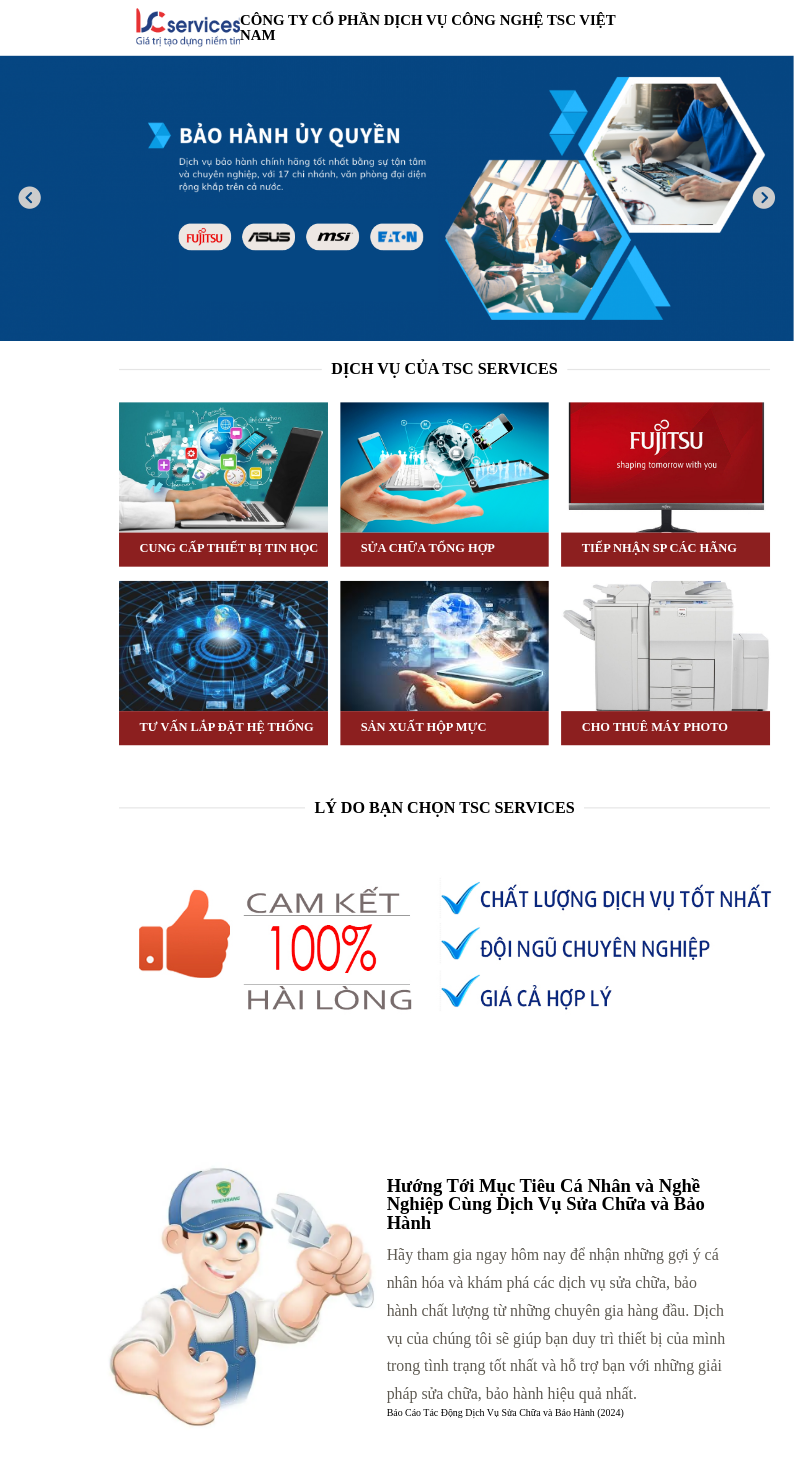
Repository: nguyentrongdai34/tsc-project
Page: index.html
These files come from the project's save history. The page is drawn as it stood at one moment and after the next save; the edit follows.
The browser window is 1280 px wide. The page is 1288 px wide, so the pictures cover 1288 px, including what lies to the right of the window. The pictures show the whole page, at 62% of full size.

Above is the page before, as saved 2024-12-03 13:57:31.

### index.html
<!DOCTYPE html>
<html lang="en">
  <head>
    <meta charset="UTF-8" />
    <meta name="viewport" content="width=device-width, initial-scale=1.0" />
    <link rel="preconnect" href="https://fonts.googleapis.com" />
    <link rel="preconnect" href="https://fonts.gstatic.com" crossorigin />
    <link
      href="https://fonts.googleapis.com/css2?family=Poppins:wght@300;400;500;600;700&family=Roboto:ital,wght@0,100;0,300;0,400;0,500;0,700;0,900;1,100;1,300;1,400;1,500;1,700;1,900&display=swap"
      rel="stylesheet"
    />
    <link
      rel="stylesheet"
      href="https://cdnjs.cloudflare.com/ajax/libs/font-awesome/6.7.1/css/all.min.css"
      integrity="sha512-5Hs3dF2AEPkpNAR7UiOHba+lRSJNeM2ECkwxUIxC1Q/FLycGTbNapWXB4tP889k5T5Ju8fs4b1P5z/iB4nMfSQ=="
      crossorigin="anonymous"
      referrerpolicy="no-referrer"
    />
    <link rel="stylesheet" href="./reset.css" />
    <link rel="stylesheet" href="./style.css" />
    <title>CÔNG TY CỔ PHẦN DỊCH VỤ CÔNG NGHỆ TSC VIỆT NAM</title>
  </head>
  <body>
    <!-- heaer-main -->
    <div class="header-main">
      <!-- header -->
      <div class="header">
        <!-- logo -->
        <div class="header-logo">
          <img src="./img/Logo-tsc.png" alt="công ty logo" />
        </div>
        <!-- header-slogan -->
        <span class="header-slogan">
          <strong>CÔNG TY CỔ PHẦN DỊCH VỤ CÔNG NGHỆ TSC VIỆT NAM</strong>
        </span>
      </div>
    </div>

    <!-- Hero -->
    <div class="hero">
      <div class="hero-img">
        <img src="./img/tsc1.png" alt="" class="slider-image" />

        <div class="hero-circle">
          <i
            class="circle-left fa-solid fa-circle-chevron-left"
            onclick="prev()"
          ></i>
          <i
            class="circle-right fa-solid fa-circle-chevron-right"
            onclick="next()"
          ></i>
        </div>
      </div>
    </div>

    <!-- Section -->
    <div class="section">
      <div class="section-container">
        <h2 class="section-title">
          <b></b>
          <span class="section-title-main">DỊCH VỤ CỦA TSC SERVICES</span>
          <b></b>
        </h2>
      </div>
      <div class="row">
        <div class="section-gird">
          <div class="grid-item">
            <img src="./img/box-item1.jpg" alt="Image 1" />
            <div class="section-box">
              <span class="box-item-inner">CUNG CẤP THIẾT BỊ TIN HỌC</span>
            </div>
          </div>

          <div class="grid-item">
            <img src="./img/box-item2.jpg" alt="Image 2" />
            <div class="section-box">
              <span class="box-item-inner">SỬA CHỮA TỔNG HỢP</span>
            </div>
          </div>
          <div class="grid-item">
            <img src="./img/box-item3.png" alt="Image 3" />
            <div class="section-box">
              <span class="box-item-inner">TIẾP NHẬN SP CÁC HÃNG </span>
            </div>
          </div>
          <div class="grid-item">
            <img src="./img/box-item4.jpg" alt="Image 4" />
            <div class="section-box">
              <span class="box-item-inner">TƯ VẤN LẮP ĐẶT HỆ THỐNG</span>
            </div>
          </div>
          <div class="grid-item">
            <img src="./img/box-item5.jpg" alt="Image 5" />
            <div class="section-box">
              <span class="box-item-inner">SẢN XUẤT HỘP MỰC</span>
            </div>
          </div>
          <div class="grid-item">
            <img src="./img/box-item6.jpg" alt="Image 6" />
            <div class="section-box">
              <span class="box-item-inner">CHO THUÊ MÁY PHOTO</span>
            </div>
          </div>
        </div>
      </div>
      <div class="section-container">
        <h2 class="section-title">
          <b></b>
          <span class="section-title-main">lý do bạn chọn TSC SERVICES</span>
          <b></b>
        </h2>
      </div>

      <div class="banner">
        <img src="./img/tsc-thanks.jpg" alt="" />
      </div>
    </div>

    <!-- fetaures -->
    <!-- Features 2-->
    <div class="features features-2nd">
      <div class="main-content">
        <div class="body">
          <div class="images">
            <img
              src="./img/bao-hanh.webp"
              alt="Take the next step toward your personal and professional goals with Lesson."
            />
          </div>
          <div class="content">
            <h2 class="heading_content">
              Hướng Tới Mục Tiêu Cá Nhân và Nghề Nghiệp Cùng Dịch Vụ Sửa Chữa và
              Bảo Hành
            </h2>
            <p class="desc">
              Hãy tham gia ngay hôm nay để nhận những gợi ý cá nhân hóa và khám
              phá các dịch vụ sửa chữa, bảo hành chất lượng từ những chuyên gia
              hàng đầu. Dịch vụ của chúng tôi sẽ giúp bạn duy trì thiết bị của
              mình trong tình trạng tốt nhất và hỗ trợ bạn với những giải pháp
              sửa chữa, bảo hành hiệu quả nhất.
            </p>
            <p class="desc_tsc">
              Báo Cáo Tác Động Dịch Vụ Sửa Chữa và Bảo Hành (2024)
            </p>
          </div>
        </div>
      </div>
    </div>

    <script src="./SliderImage.js"></script>
  </body>
</html>

### style.css
.header-main {
  display: flex;
  height: 90px;
}

.header {
  display: flex;
  /* background-color: #ccc; */
  justify-content: space-between;
  flex-direction: column;
  align-items: center;
  width: 100%;
  flex-flow: row nowrap;
  padding-right: 15px;
}

.header-logo img {
  object-fit: cover;
  margin-left: 220px;
  width: 167px;
  height: 62px;
}

.header-slogan {
  margin-right: 220px;
  font-size: 24px;
}

.header-slogan strong {
  text-direction: none;
  font-weight: bolder;
  text-transform: uppercase;
}

/* hero */

.hero {
  cursor: pointer;
  padding: 0 0 30px 0;
}

.hero-img img {
  width: 100%;
  height: 460px;
  position: relative;
  object-fit: cover;
}

.hero-circle {
  top: 42%;
  position: absolute;
}

.hero-circle i {
  color: #ccc;
  font-size: 36px;
}

.hero-circle i:hover {
  transition: color 0.3s ease, background-color 0.3s ease;
  color: #dd3333;
}

.hero-circle {
  width: 100%;
  display: flex;
  justify-content: space-between;
  z-index: 999;
}

.circle-left {
  margin-left: 30px;
}

.circle-right {
  margin-right: 30px;
  width: 36px;
  height: 36px;
}

/* section */
.section {
  width: 1050px;
  margin-left: 15%;
}

.section-title {
  position: relative;
  display: flex;
  flex-flow: row wrap;
  align-items: center;
  justify-content: space-between;
  width: 100%;
  padding-bottom: 40px;
}

.section-title b {
  display: block;
  -ms-flex: 1;
  flex: 1;
  height: 2px;
  opacity: 0.1;
  background-color: currentColor;
}

.section-title-main {
  margin: 0 15px;
  font-size: 26px;
  text-transform: uppercase;
  font-weight: 700;
}

.row {
}

.section-gird {
  display: grid;
  grid-template-columns: repeat(3, 1fr);
  gap: 20px;
  grid-template-rows: auto auto;
  padding-bottom: 85px;
}

.grid-item img {
  width: 338px;
  height: 210px;
  object-fit: cover;
  max-width: 100%;
}

.btn {
  margin-top: 10px; /* Khoảng cách giữa ảnh và button */
  padding: 10px 20px;
  background-color: #c42e2b;
  color: white;
  border: none;
  cursor: pointer;
  font-size: 16px;
  text-transform: uppercase;
  border-radius: 5px;
  transition: background-color 0.3s;
}

.btn:hover {
  background-color: #a02626;
}

.section-box {
  transform: translateY(-3px);
  background-color: rgb(140, 31, 31);
  padding: 15px 15px 20px;
}

.box-item-inner {
  font-weight: 700;
  font-size: 20px;
  color: #ffffff;
  margin-left: 18px;
}

/* features */
/* Features */

.features {
  margin-top: 135px;
  padding: 65px 0;
}

.features .body {
  display: flex;
  padding-left: 12%;
}

.features .images {
  display: flex;
  gap: 0 30px;
}

.features .images img {
  width: 270px;
  height: 404px;
  border-radius: 16px;
  object-fit: cover;
}

.features img.lower {
  margin-top: 34px;
}

.features .content {
  width: 41%;
  display: flex;
  flex-direction: column;
  align-items: flex-start;
  justify-content: center;
}

.features .desc {
  margin-top: 16px;
  font-size: 1.6rem;
  line-height: 1.75;
  color: #5f5b53;
}

.features .content .cta-btn {
  margin-top: 32px;
  min-width: 137px;
  color: #fff;
  background: var(--primary-color);
}

.features-2nd {
  margin-top: 70px;
}

.features-2nd .content {
  width: 49%;
}

.features-2nd .images img {
  width: 470px;
  height: 440px;
}

.heading_content {
  font-size: 30px;
  font-weight: 700;
}

### SliderImage.js
let Slider_image = document.querySelector(".slider-image");
let images = ["tsc1.png", "tsc2.png", "tsc3.png", "tsc4.png", "tsc5.png"];
let i = 0; // Giá Trị bắt đầu index

function prev() {
  if (i <= 0) i = images.length;
  i--;
  return setImg();
}

function next() {
  if (i >= images.length - 1) i = -1;
  i++;
  return setImg();
}

function setImg() {
  return Slider_image.setAttribute("src", "./img/" + images[i]);
}

Loaded but not shown: reset.css (common file)

After the next save:
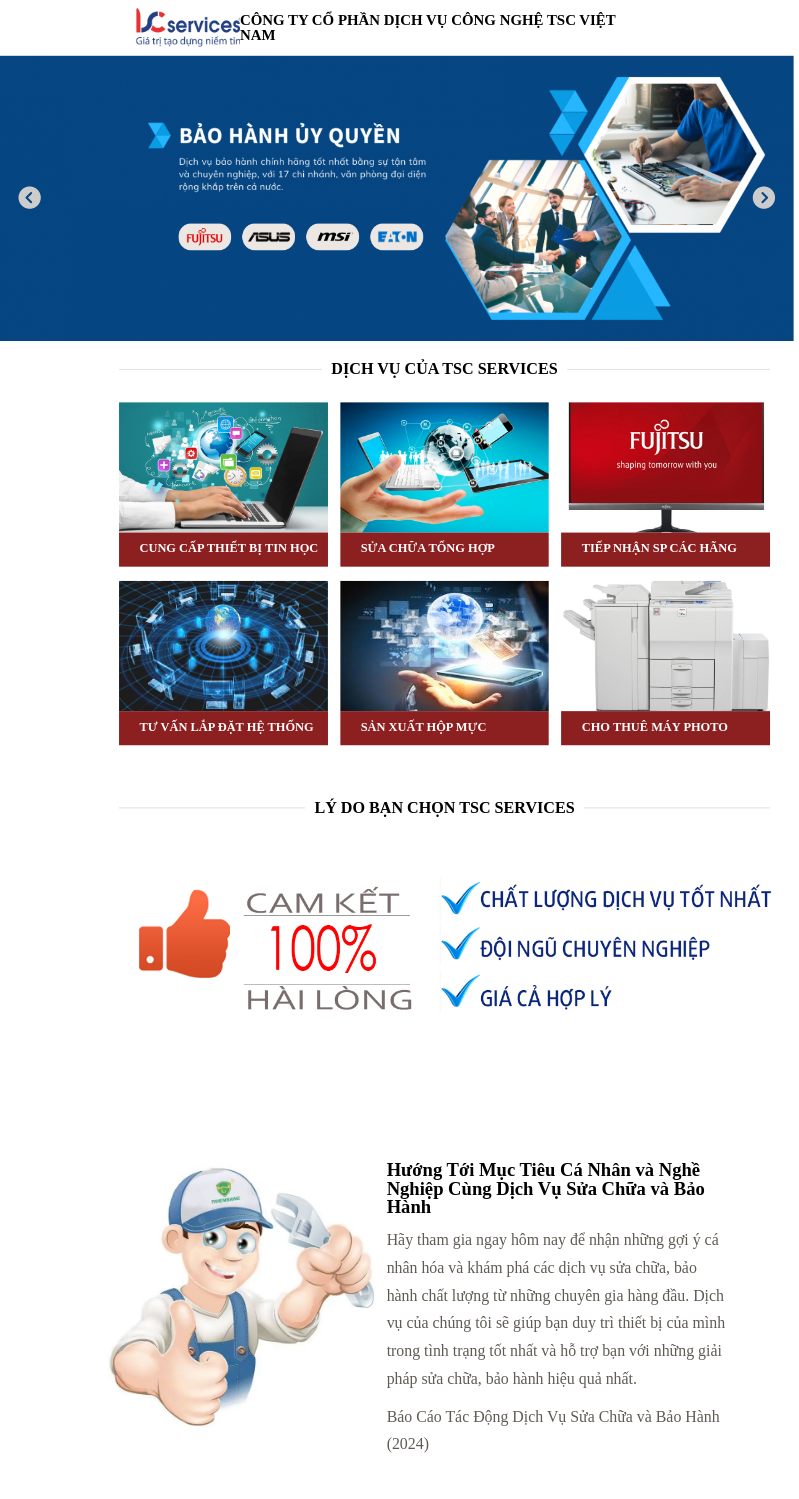
Saved 11 s later.
--- a/index.html
+++ b/index.html
@@ -140,7 +140,7 @@
               mình trong tình trạng tốt nhất và hỗ trợ bạn với những giải pháp
               sửa chữa, bảo hành hiệu quả nhất.
             </p>
-            <p class="desc_tsc">
+            <p class="desc">
               Báo Cáo Tác Động Dịch Vụ Sửa Chữa và Bảo Hành (2024)
             </p>
           </div>

After the 3 saves that followed:
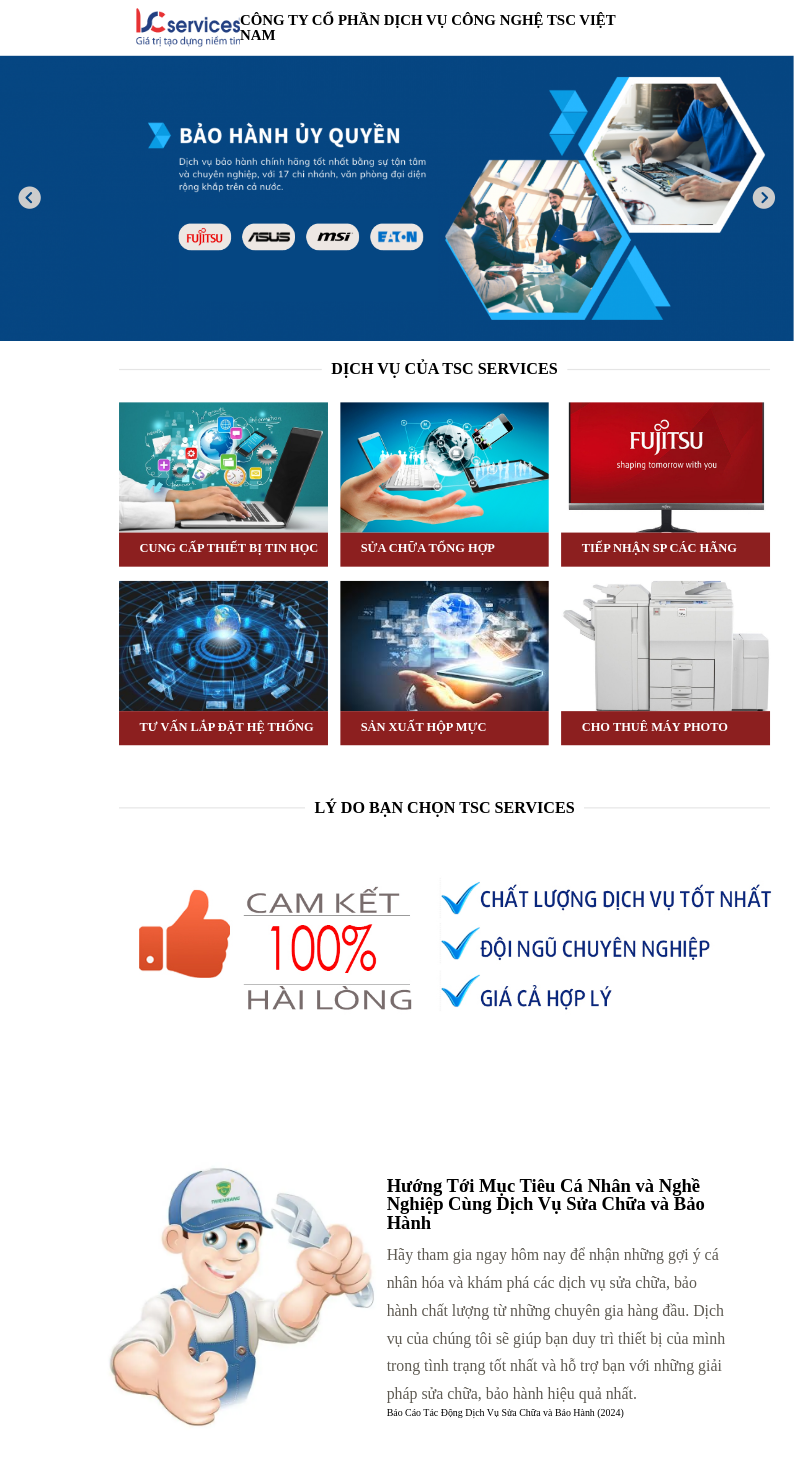
The 3 saves are shown as one change because 2 left the picture as it was.
The last was saved 112 s later.
--- a/index.html
+++ b/index.html
@@ -140,7 +140,7 @@
               mình trong tình trạng tốt nhất và hỗ trợ bạn với những giải pháp
               sửa chữa, bảo hành hiệu quả nhất.
             </p>
-            <p class="desc">
+            <p class="desc-tsc">
               Báo Cáo Tác Động Dịch Vụ Sửa Chữa và Bảo Hành (2024)
             </p>
           </div>
--- a/style.css
+++ b/style.css
@@ -226,3 +226,7 @@
   font-size: 30px;
   font-weight: 700;
 }
+
+.desc-tsc {
+  color: #000;
+}
